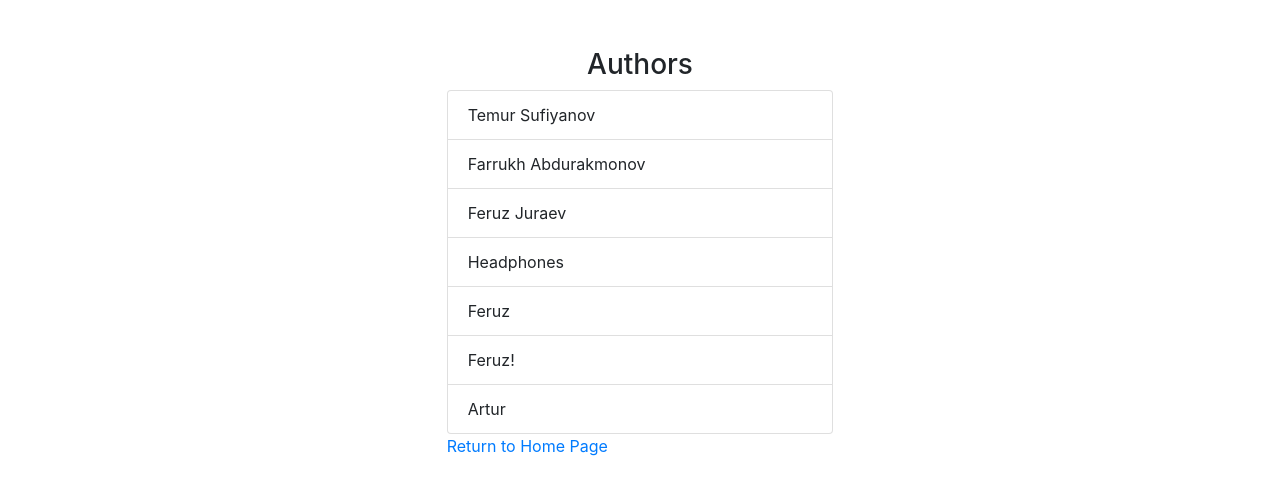
Repository: Temur-Sufiyanov/CBV
Page: http://localhost/author/
The author's editor kept a copy of each file at every save. The page is drawn from the files as they stood at one save, then again after a run of saves.
The browser window is 1280 px wide. The pictures show the whole page.
The page is served by the project's application, run on Django 5.2 (manage.py). Other server files are loaded and not shown. The page reads the database file committed with the project.

Above is the page before, as saved 2024-12-19 16:27:37.

### new_books/templates/new_books/author_list.html
{% extends 'new_books/base.html' %}

{% block title %}
    Authors
{% endblock title %}

{% block content %}
    <h3 class="text-center">Authors</h3>

    {% if authors %}
        <ul class="list-group">
        {% for author in authors  %}
            <li class="list-group-item">
                <a href="" class="text-reset">{{author.name}}</a>
            </li>
        {% endfor %}
        </ul>
    {% else %}
        <p class="text-center">There are no Authors to display!</p>
    {% endif %}
    <p class="text-left"><a href="{% url 'books:home' %}" role="button">Return to Home Page</a></p>
{% endblock content %}

### new_books/templates/new_books/base.html
<!DOCTYPE html>
<html lang="en">
<head>
    <meta charset="UTF-8">
    <meta name="viewport" content="width=device-width, initial-scale=1.0">
    <link rel="stylesheet" href="https://stackpath.bootstrapcdn.com/bootstrap/4.5.2/css/bootstrap.min.css">
    <title>{% block title %} Home {% endblock title %}</title>
</head>
<body>
    <main>
        <div class="container-fluid">
            <div class="d-flex align-items-center py-5">
                <div class="col-12 col-md-6 col-lg-4 mx-auto">
                    {% block content %}

                    {% endblock content %}
                </div>
            </div>
        </div>
    </main>
</body>
</html>

### new_books/models.py
from django.db import models
from django.urls import reverse
# Create your models here.

class Author(models.Model):
    name = models.CharField(null=False, blank=False, max_length=255)#

    def __str__(self):
        return self.name


class Book(models.Model):
    name = models.CharField(null=False, blank=False, max_length=255)
    author = models.ForeignKey('Author', null=False, blank=False, on_delete=models.CASCADE, related_name='book_author')


    def __str__(self):
        return self.name

### new_books/views.py
from django.shortcuts import render
from django.views.generic import (TemplateView, ListView)
from .models import Author
# Create your views here.

class HomeView(TemplateView):
    template_name = 'new_books/home.html'

class AuthorView(ListView):
    model = Author
    template_name = 'new_books/author_list.html'
    context_object_name = 'authors'

### core/urls.py
"""
URL configuration for core project.

The `urlpatterns` list routes URLs to views. For more information please see:
    https://docs.djangoproject.com/en/5.1/topics/http/urls/
Examples:
Function views
    1. Add an import:  from my_app import views
    2. Add a URL to urlpatterns:  path('', views.home, name='home')
Class-based views
    1. Add an import:  from other_app.views import Home
    2. Add a URL to urlpatterns:  path('', Home.as_view(), name='home')
Including another URLconf
    1. Import the include() function: from django.urls import include, path
    2. Add a URL to urlpatterns:  path('blog/', include('blog.urls'))
"""
from django.contrib import admin
from django.urls import path, include

urlpatterns = [
    path('admin/', admin.site.urls),
    # path('', include('cbv.urls')),
    path('',include('new_books.urls', namespace='books' )),
]

### new_books/urls.py
from django.urls import path
from .views import (HomeView, AuthorView)

app_name = 'books'

urlpatterns = [
    path('', HomeView.as_view(), name='home'),
    path('author/', AuthorView.as_view(), name='authors'),
]

### db.sqlite3 (the tables this page reads, as SQL)
CREATE TABLE "new_books_author" ("id" integer NOT NULL PRIMARY KEY AUTOINCREMENT, "name" varchar(255) NOT NULL);
INSERT INTO "new_books_author" VALUES
(1, 'Temur Sufiyanov'),
(2, 'Farrukh Abdurakmonov'),
(3, 'Feruz Juraev'),
(4, 'Headphones'),
(5, 'Feruz'),
(6, 'Feruz!'),
(7, 'Artur');

After the next 4 saves:
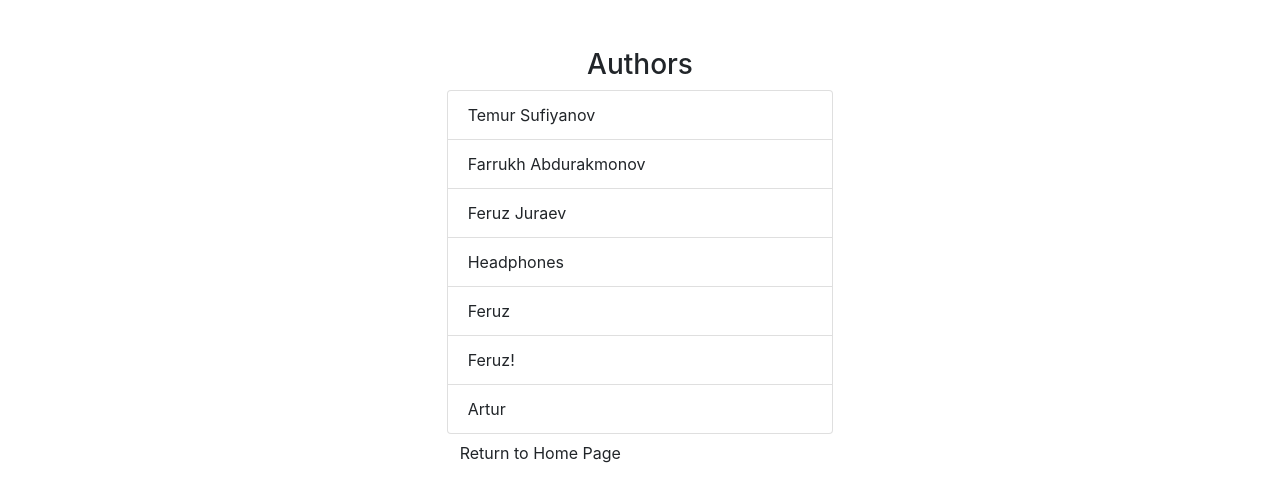
The 4 saves are shown as one change because they came seconds apart.
The last was saved 16 s later.
--- a/new_books/templates/new_books/author_list.html
+++ b/new_books/templates/new_books/author_list.html
@@ -18,5 +18,6 @@
     {% else %}
         <p class="text-center">There are no Authors to display!</p>
     {% endif %}
-    <p class="text-left"><a href="{% url 'books:home' %}" role="button">Return to Home Page</a></p>
+    <p class="text-left"><a href="{% url 'books:home' %}" role="button" class="
+        btn btn-">Return to Home Page</a></p>
 {% endblock content %}
